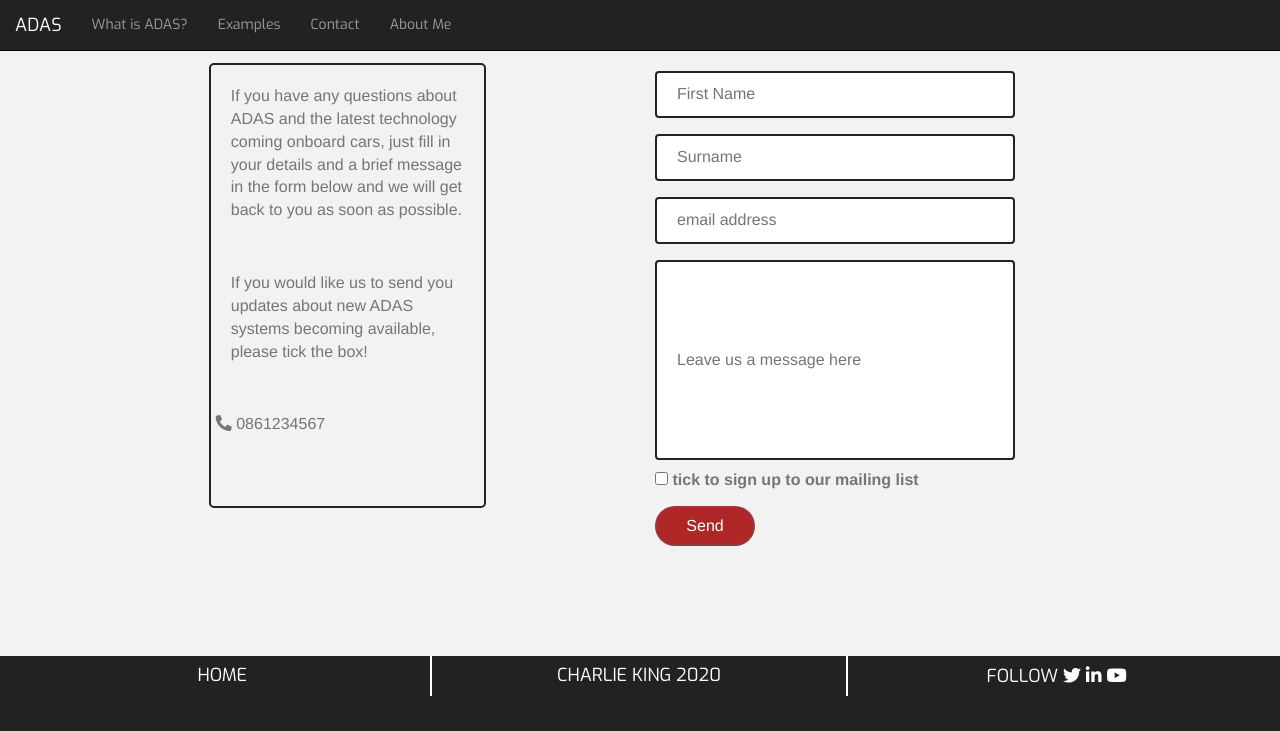
Repository: Cha-K28/First-Milestone-Project
Page: contact.html
The author's editor kept a record of every edit. The page is drawn from the files as they stood at one moment, then again after the next edit.
The browser window is 1280 px wide. The pictures show the whole page.
Some web libraries are served in a nearby version.

Above is the page before.

After the next edit:
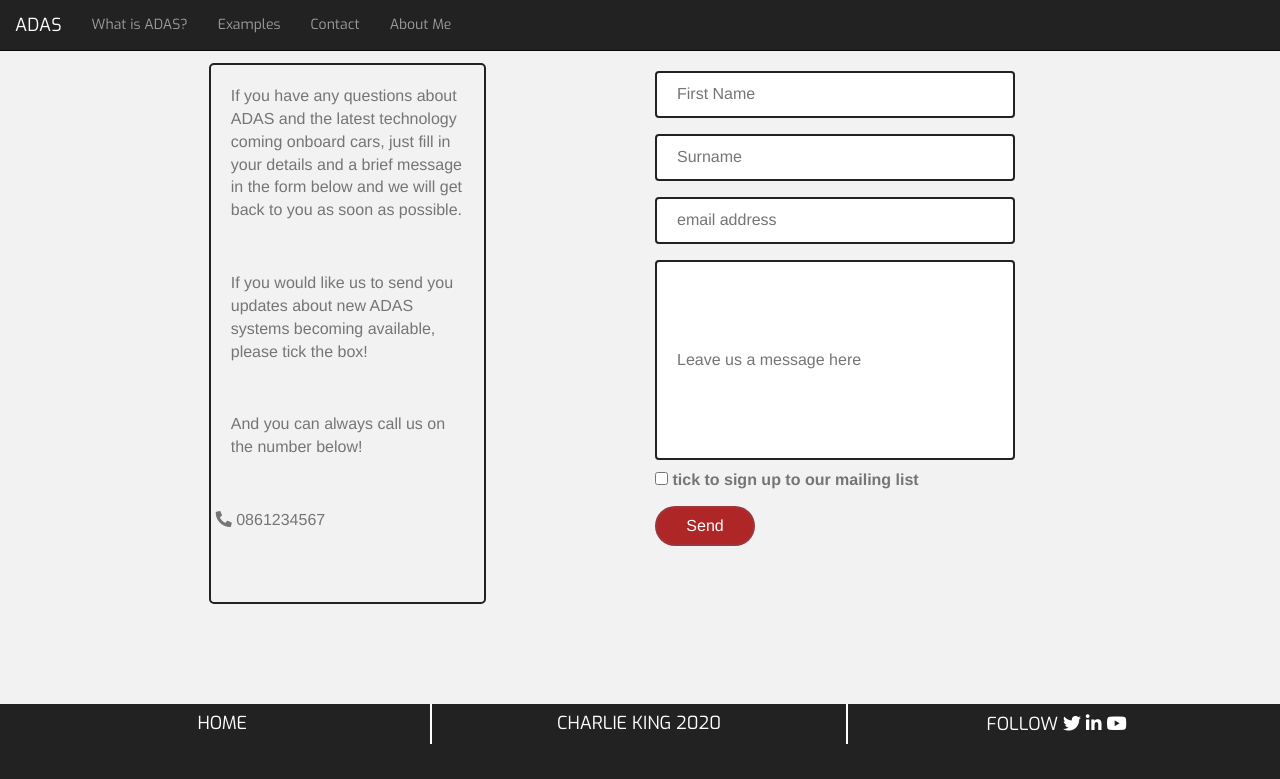
The edit:
--- a/contact.html
+++ b/contact.html
@@ -61,6 +61,9 @@
                             If you have any questions about ADAS and the latest technology coming onboard cars, just fill in your details and a brief message in the form below and we will get back to you as soon as possible.
                         </p>
                         <p>If you would like us to send you updates about new ADAS systems becoming available, please tick the box!
+                        </p>
+                        <p>
+                            And you can always call us on the number below!
                         </p>
 
                         <div class="row">
